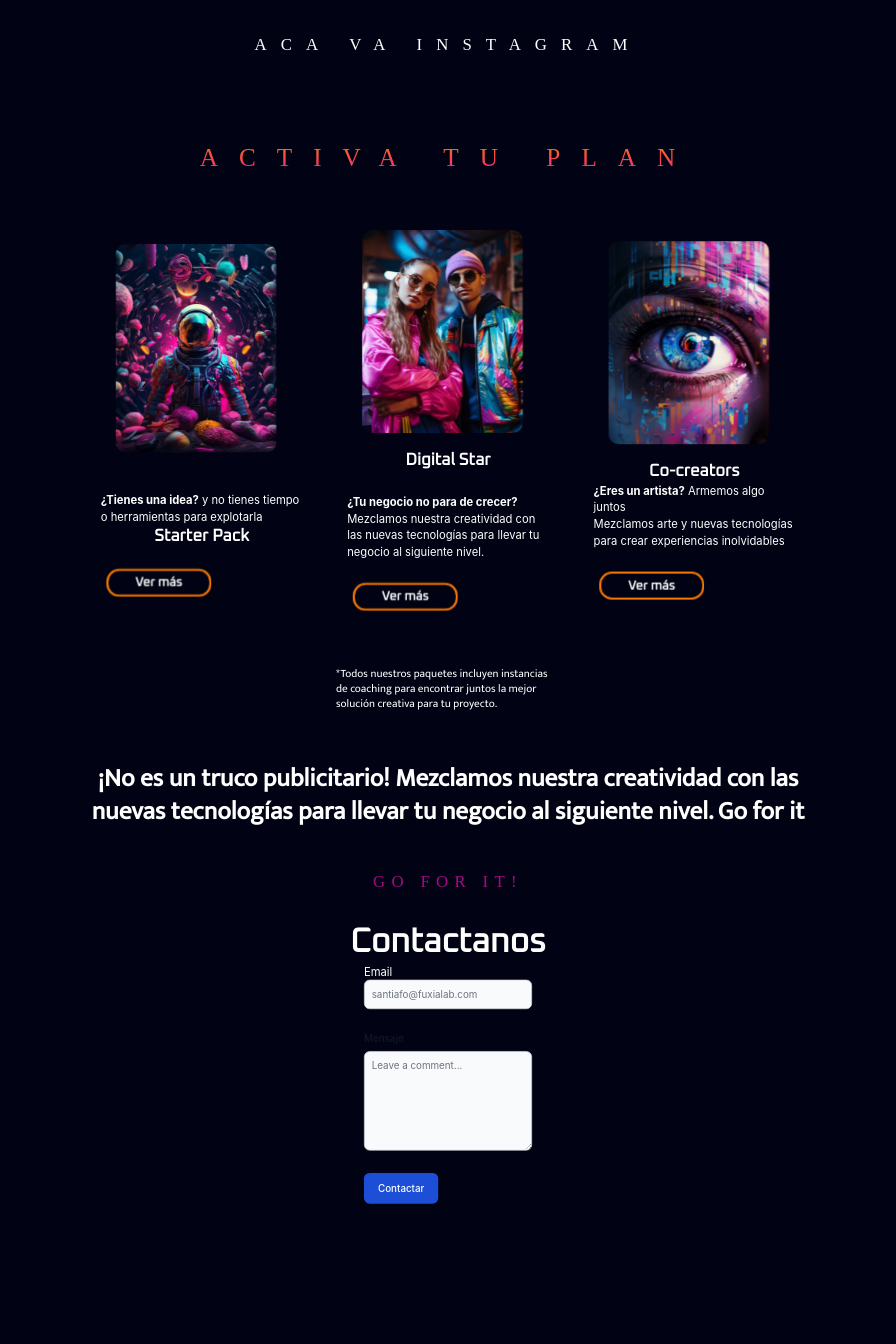
Repository: itsomosedison/tailwind-landing-page
Page: index.html
An editor plug-in stored every save of this project. The page is shown before and after the next save, followed by the edit.
The browser window is 1280 px wide. The pictures show the part of the page from y = 1111 to 3031 px (the page is 3031 px tall before and 3003 px after), at 70% of full size.
Some web fonts or font styles are not loaded; a fallback is used.

Above is the page before, as saved 2023-09-30 20:47:44.

After the next save:
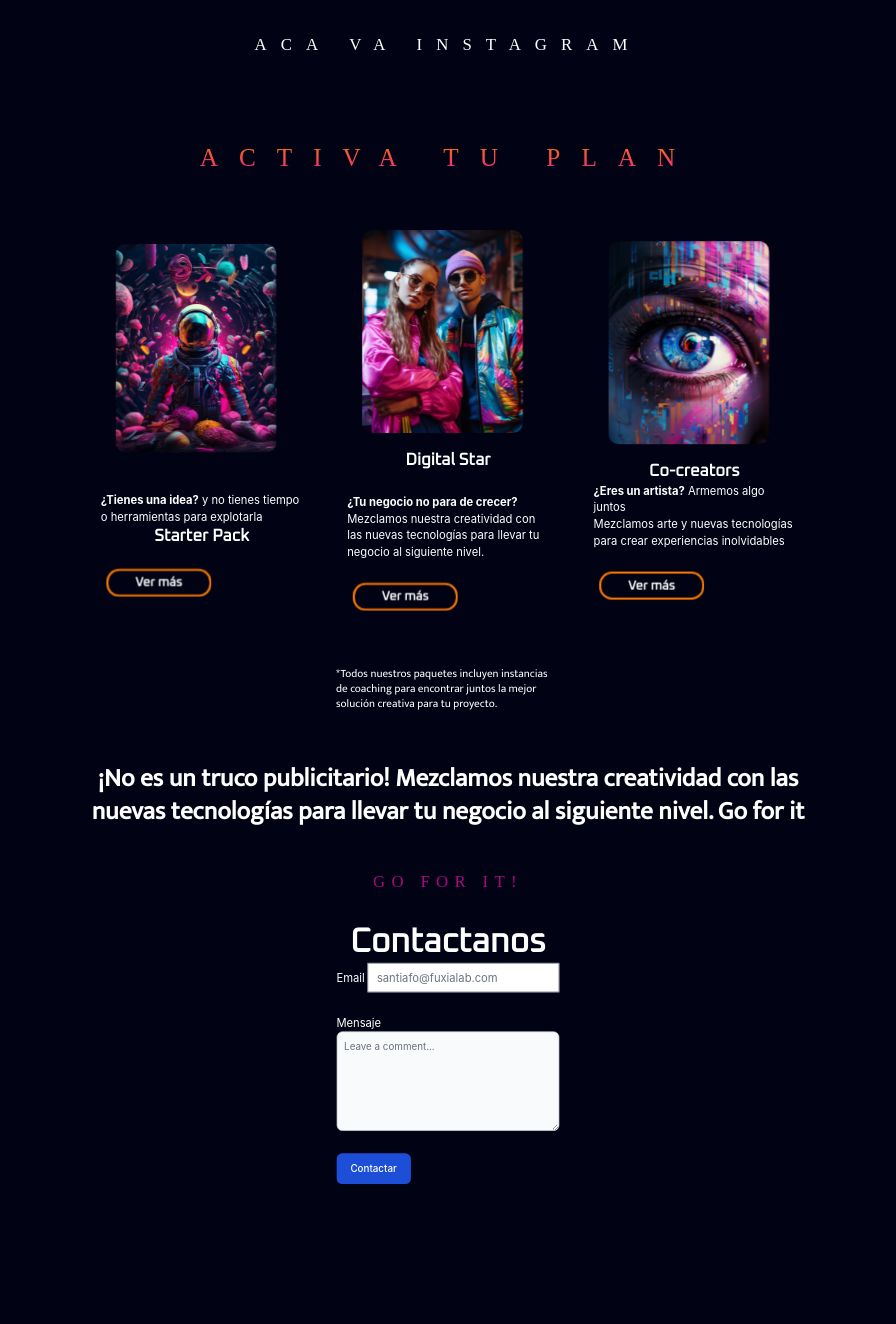
Saved 35 s later.
--- a/index.html
+++ b/index.html
@@ -101,10 +101,10 @@
                         <form action="#" class="space-y-8">
                             <div>
                                 <label for="email">Email</label>
-                                <input type="email" id="email" class="shadow-sm bg-gray-50 border border-gray-300 text-gray-900 text-sm rounded-lg focus:ring-primary-500 focus:border-primary-500 block w-full p-2.5 dark:bg-gray-700 dark:border-gray-600 dark:placeholder-gray-400 dark:text-white dark:focus:ring-primary-500 dark:focus:border-primary-500 dark:shadow-sm-light" placeholder="santiafo@fuxialab.com" required>
+                                <input type="email" id="email" placeholder="santiafo@fuxialab.com" required>
                             </div>
-                            <div class="sm:col-span-2">
-                                <label for="message" class="block mb-2 text-sm font-medium text-gray-900 dark:text-gray-400">Mensaje</label>
+                            <div >
+                                <label for="message" >Mensaje</label>
                                 <textarea id="message" rows="6" class="block p-2.5 w-full text-sm text-gray-900 bg-gray-50 rounded-lg shadow-sm border border-gray-300 focus:ring-primary-500 focus:border-primary-500 dark:bg-gray-700 dark:border-gray-600 dark:placeholder-gray-400 dark:text-white dark:focus:ring-primary-500 dark:focus:border-primary-500" placeholder="Leave a comment..."></textarea>
                             </div>
                             <button type="submit" class="py-3 px-5 text-sm font-medium text-center text-white rounded-lg bg-primary-700 sm:w-fit hover:bg-primary-800 focus:ring-4 focus:outline-none focus:ring-primary-300 dark:bg-primary-600 dark:hover:bg-primary-700 dark:focus:ring-primary-800">Contactar</button>
